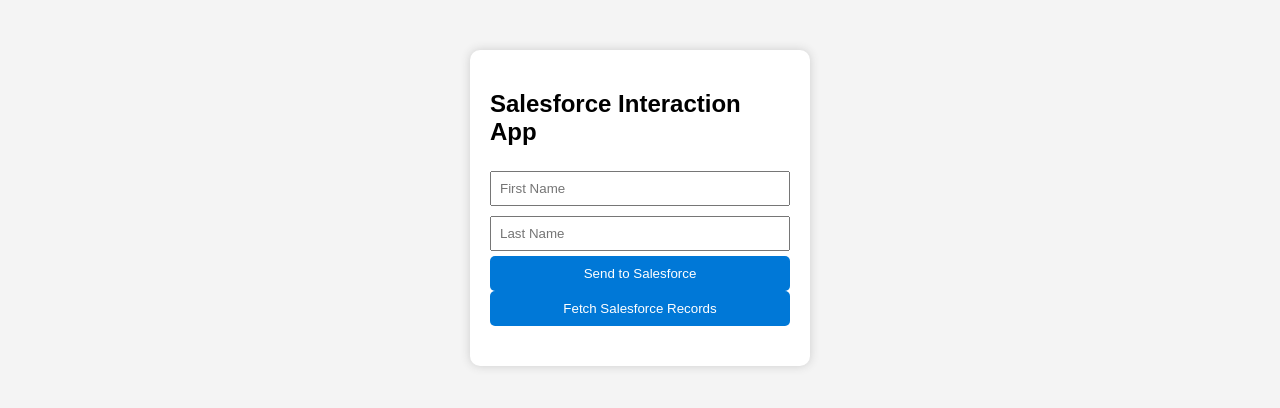
Repository: PamodaW/SalesforceSync
Page: index.html
An editor plug-in stored every save of this project. The page is shown before and after a run of saves, followed by the edit.
The browser window is 1280 px wide. The pictures show the whole page.

Above is the page before, as saved 2024-11-19 12:44:12.

After the next 2 saves:
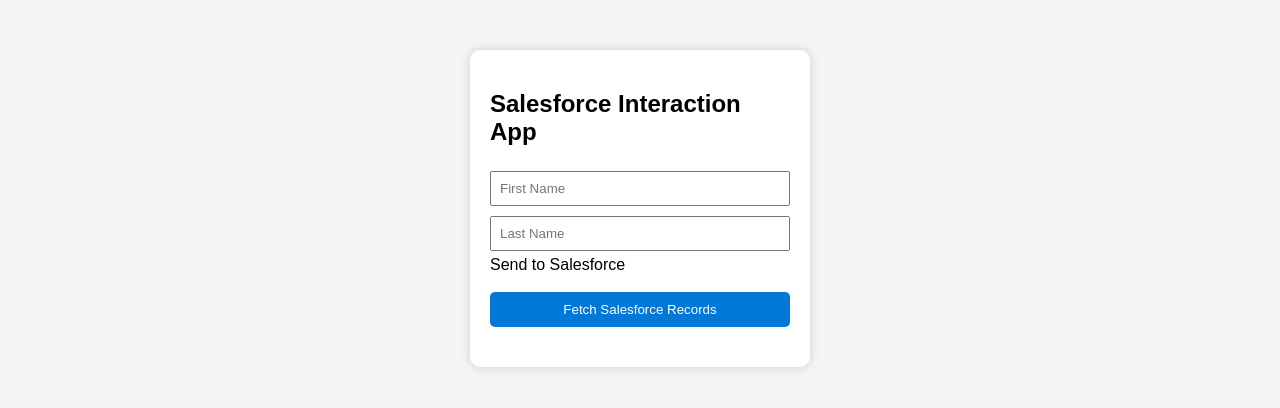
The 2 saves are shown as one change because they came seconds apart.
The last was saved 9 s later.
--- a/index.html
+++ b/index.html
@@ -12,7 +12,7 @@
         <form id="salesforceForm">
             <input type="text" id="firstName" placeholder="First Name" required>
             <input type="text" id="lastName" placeholder="Last Name" required>
-            <br></form>
+            <br
             <button type="button" onclick="createRecord()">Send to Salesforce</button>
         </form>
         <br/>
